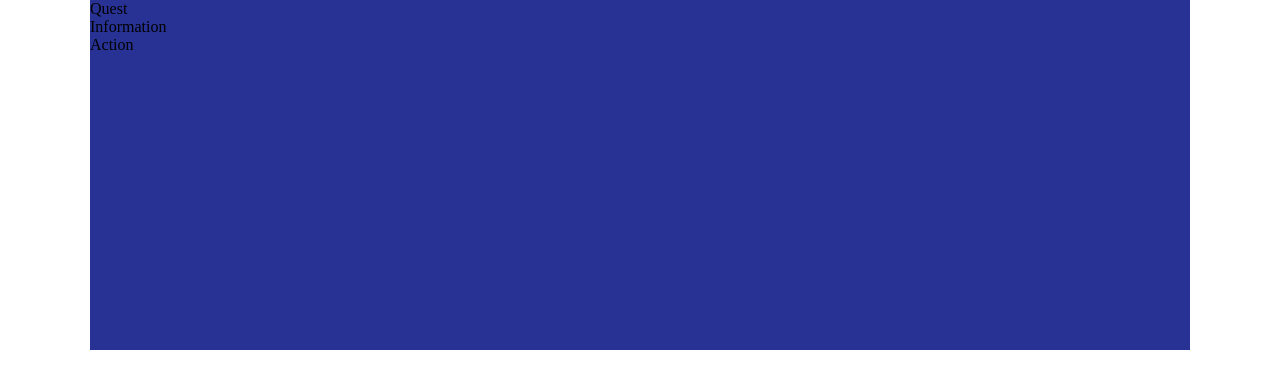
Repository: rahulnag7963/UBCHacks4.0
Page: /
These files come from the project's save history. The page is drawn as it stood at one moment and after the next save; the edit follows.
The browser window is 1280 px wide. The pictures show the whole page.
The project was rebuilt for these pictures with package versions that can differ from the ones it lists, and the page was loaded fresh each time.

Above is the page before, as saved 2022-11-26 02:26:54.

### public/index.html
<!DOCTYPE html>
<html lang="en">
  <head>
    <meta charset="utf-8" />
    <link rel="icon" href="%PUBLIC_URL%/favicon.ico" />
    <meta name="viewport" content="width=device-width, initial-scale=1" />
    <meta name="theme-color" content="#000000" />
    <meta
      name="description"
      content="Web site created using create-react-app"
    />
    <link rel="apple-touch-icon" href="%PUBLIC_URL%/logo192.png" />
    <link rel="manifest" href="%PUBLIC_URL%/manifest.json" />
    <title>BC Hacks 4.0 Game</title>
  </head>
  <body>
    <noscript>You need to enable JavaScript to run this app.</noscript>
    <div id="root"></div>
  </body>
</html>

### src/index.tsx
import React from 'react';
import ReactDOM from 'react-dom/client';
import './index.css';
import App from './app';

const root = ReactDOM.createRoot(
  document.getElementById('root') as HTMLElement
);

root.render(
  <React.StrictMode>
    <App />
  </React.StrictMode>
);

### src/app.tsx
import React from "react";
import "./app.css";
import Quest from "./Components/Quest";
import Information from "./Components/Information";
import Action from "./Components/Action";
function app() {
  return (
    <div className="app">
      <div className="Components">
        <Quest />
        <Information />
        <Action />
      </div>
    </div>
  );
}

export default app;

### src/app.css
.app {
    height: 350px;
    width: 1100px;
    background-color: rgb(39, 50, 148);
    margin-left: auto;
    margin-right: auto;


}

.component {
    text-align: center;
    padding: 250px;
}

### src/Components/Quest.tsx
import React from 'react'

const Quest = () => {
  return (
    <div>Quest</div>
  )
}

export default Quest

### src/Components/Information.tsx
import React from 'react'

const Information = () => {
  return (
    <div>Information</div>
  )
}

export default Information

### src/Components/Action.tsx
import React from 'react'

const Action = () => {
  return (
    <div>Action</div>
  )
}

export default Action

Loaded but not shown: src/index.css (common file)

After the next save:
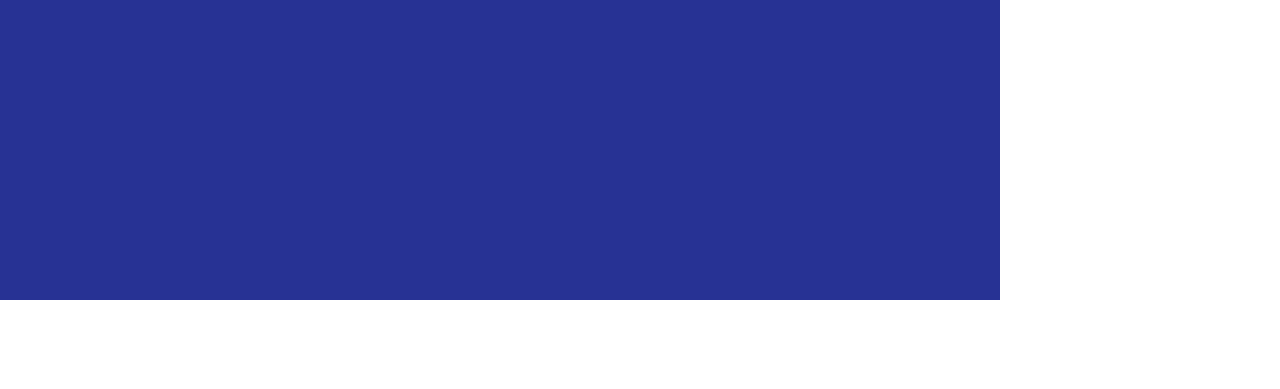
Saved 25 s later.
--- a/src/app.css
+++ b/src/app.css
@@ -4,7 +4,8 @@
     background-color: rgb(39, 50, 148);
     margin-left: auto;
     margin-right: auto;
-
+    margin-top: -50px;
+  margin-left: -100px;
 
 }
 
